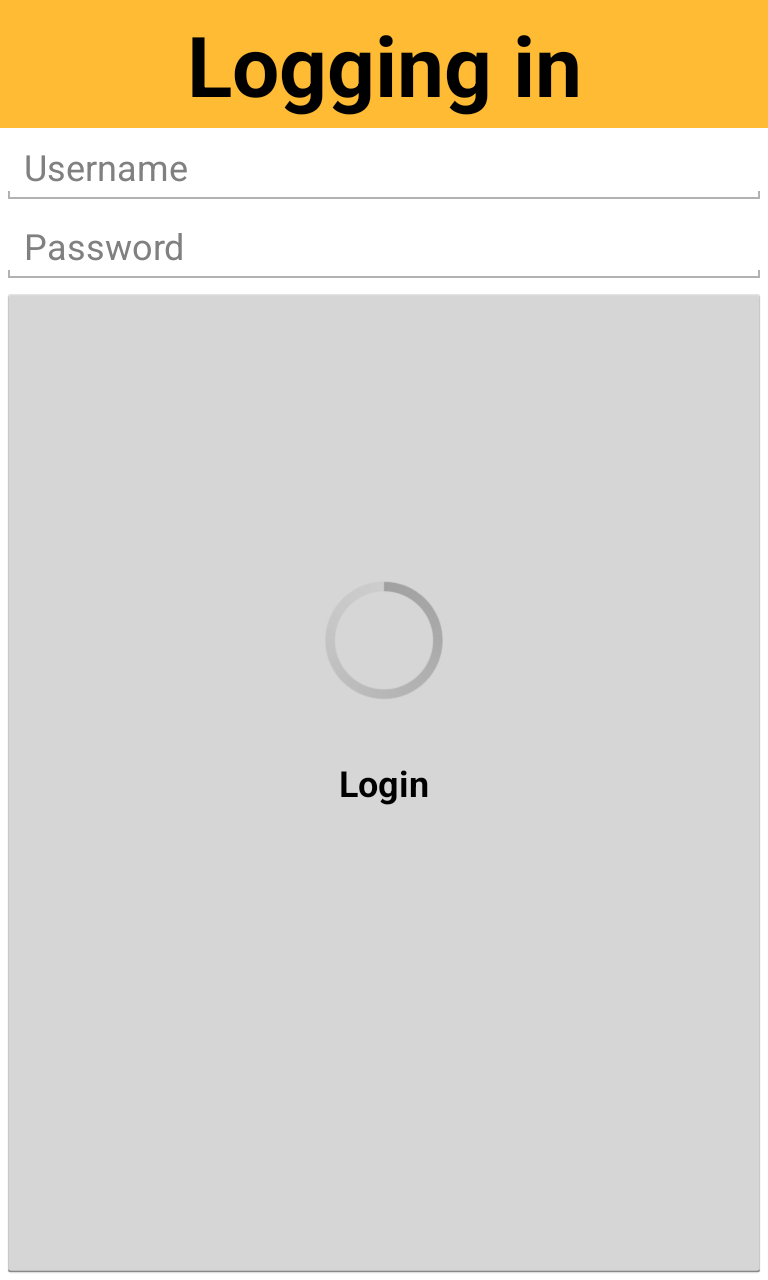
Repository: bleproj/ble-android
Layout: ble/res/layout/activity_login.xml
The author's editor kept a copy of each file at every save. The layout is drawn from the files as they stood at one save, then again after the next save.
It is drawn on a 768 x 1280 px phone screen (xhdpi) without system bars, with theme AppTheme; the app's code is not run.

Above is the layout before, as saved 2013-11-29 13:47:15.

### ble/res/layout/activity_login.xml
<RelativeLayout xmlns:android="http://schemas.android.com/apk/res/android"
    xmlns:tools="http://schemas.android.com/tools"
    android:layout_width="fill_parent"
    android:layout_height="fill_parent"
    android:orientation="vertical"
    tools:context=".LoginActivity" >

    <ImageView
        android:id="@+id/imageView1"
        android:layout_width="match_parent"
        android:layout_height="64dp"
        android:background="#FFFFBB33"
        android:contentDescription="@string/app_name"
        android:scaleType="center" />

    <!-- </RelativeLayout> -->

    <Button
        android:id="@+id/login"
        android:layout_width="match_parent"
        android:layout_height="wrap_content"
        android:layout_alignParentBottom="true"
        android:layout_alignParentLeft="true"
        android:layout_below="@+id/password"
        android:layout_weight="0.55"
        android:onClick="Send"
        android:text="Login"
        android:textStyle="bold" />

    <EditText
        android:id="@+id/username"
        android:layout_width="match_parent"
        android:layout_height="wrap_content"
        android:layout_below="@+id/imageView1"
        android:layout_centerHorizontal="true"
        android:ems="10"
        android:hint="Username"
        android:inputType="textEmailAddress" />

    <EditText
        android:id="@+id/password"
        android:layout_width="match_parent"
        android:layout_height="wrap_content"
        android:layout_alignParentLeft="true"
        android:layout_below="@+id/username"
        android:ems="10"
        android:fontFamily="sans-serif"
        android:hint="Password"
        android:inputType="textPassword" />

    <ProgressBar
        android:id="@+id/progressBar1"
        style="?android:attr/progressBarStyleLarge"
        android:layout_width="wrap_content"
        android:layout_height="wrap_content"
        android:layout_centerHorizontal="true"
        android:layout_centerVertical="true" />

    <TextView
        android:id="@+id/textView1"
        android:layout_width="wrap_content"
        android:layout_height="wrap_content"
        android:layout_alignBottom="@+id/imageView1"
        android:layout_alignParentLeft="true"
        android:layout_alignParentRight="true"
        android:layout_alignParentTop="true"
        android:text="Logging in"
        android:textStyle="bold"
        android:textSize="42sp"
        android:gravity="center"
        android:textAppearance="?android:attr/textAppearanceLarge" />

</RelativeLayout>

### ble/res/values/strings.xml
<?xml version="1.0" encoding="utf-8"?>
<resources>

    <string name="app_name">ble</string>
    <string name="action_settings">Settings</string>
    <string name="hello_world">Hello world!</string>
    <string name="title_activity_checkin">CheckinActivity</string>
    <string name="checkin_string">Checkin asjdklfjsdl</string>
    <string name="title_activity_manual_checkin">ManualCheckinActivity</string>
    <string name="title_activity_auto_checkin">AutoCheckinActivity</string>
    <string name="title_activity_monitoring">MonitoringActivity</string>
    <string name="title_activity_send_checkin">SendCheckinActivity</string>

</resources>

Loaded but not shown: ble/res/values/styles.xml (common file); ble/res/values-v11/styles.xml (common file); ble/res/values-v14/styles.xml (common file)

After the next save:
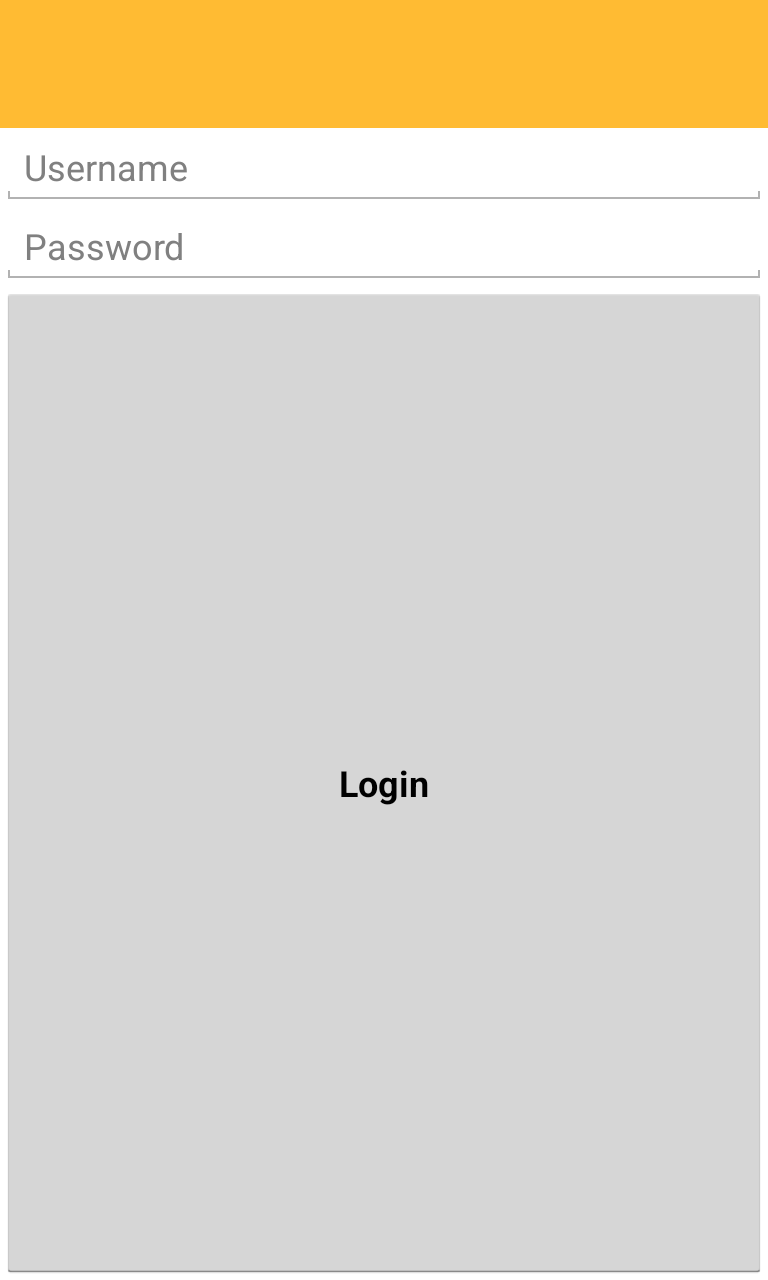
Saved 12 min 45 s later.
--- a/ble/res/layout/activity_login.xml
+++ b/ble/res/layout/activity_login.xml
@@ -54,6 +54,7 @@
         android:layout_width="wrap_content"
         android:layout_height="wrap_content"
         android:layout_centerHorizontal="true"
+        android:visibility="gone"
         android:layout_centerVertical="true" />
 
     <TextView
@@ -68,6 +69,7 @@
         android:textStyle="bold"
         android:textSize="42sp"
         android:gravity="center"
+        android:visibility="gone"
         android:textAppearance="?android:attr/textAppearanceLarge" />
 
 </RelativeLayout>
